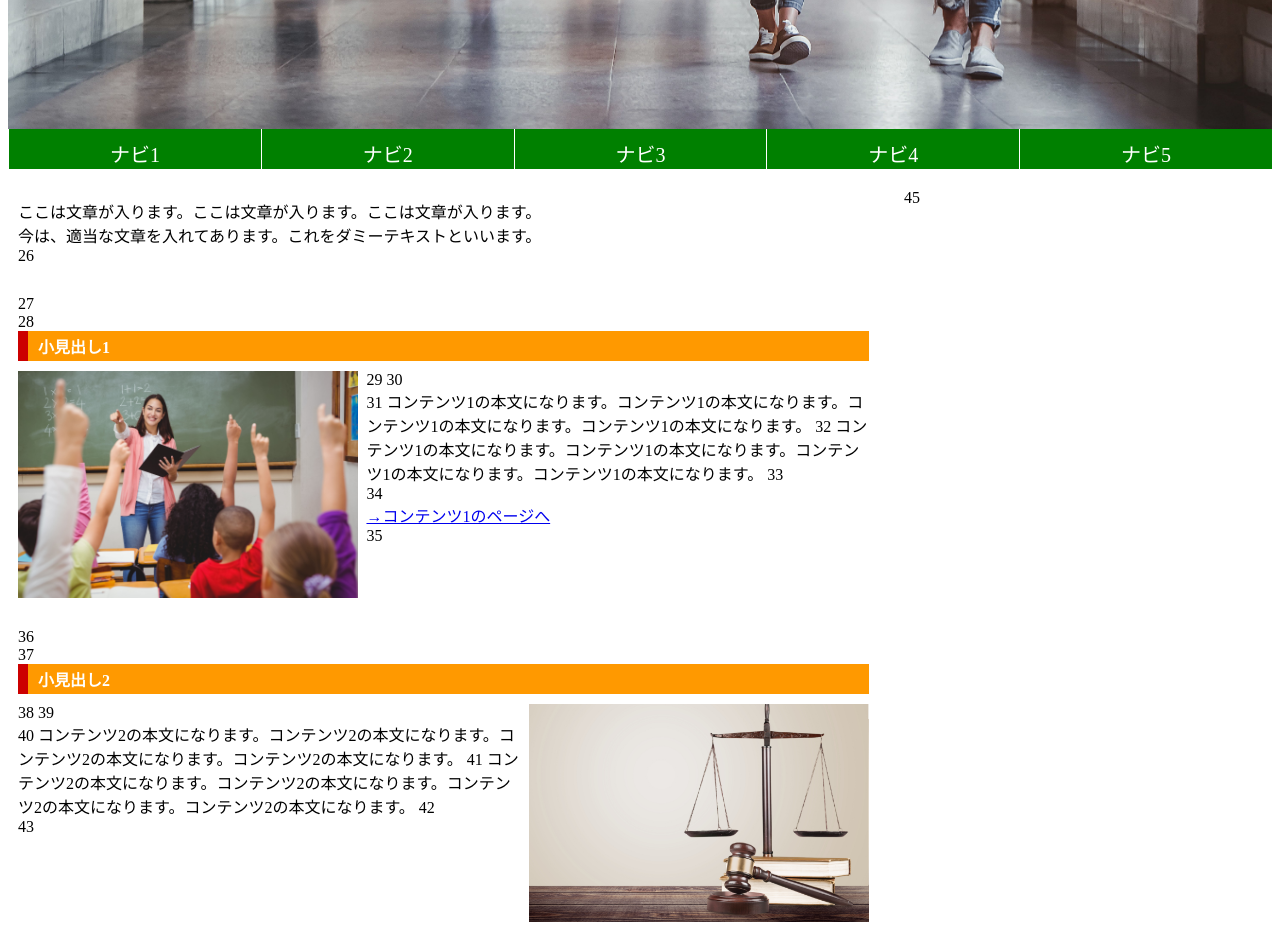
Repository: kazu999999/samurai_HTML-CSS
Page: home.html
The author's editor kept a record of every edit. The page is drawn from the files as they stood at one moment, then again after the next edit.
The browser window is 1280 px wide. The page is 1288 px wide, so the pictures cover 1288 px, including what lies to the right of the window. The pictures show the part of the page from y = 741 to 1693 px (the page is 2887 px tall before and 2851 px after).

Above is the page before.

### home.html
!DOCTYPE html>
<html lang="ja">
3    <head>
4        <meta charset="UTF-8">
5        <title>HTML/CSSの学習</title>
6        <link rel="stylesheet" href="stylesheet.css">
7    </head>
8    <body>
        <div id="header">
            <h1><a href="index.html"><img id="corridor" src="images/corridor.jpg" alt="大学の廊下" /></a></h1>
        </div>
        <div id="wrapper">
            <div id="nav">
                <ul>
                    <li><a href="home.html">ナビ1</a></li>
                    <li><a href="#">ナビ2</a></li>
                   <li><a href="#">ナビ3</a></li>
                    <li><a href="#">ナビ4</a></li>
                    <li><a href="#">ナビ5</a></li>
                </ul>
            </div>
            <div id="container">
                <div id="main">
                    <div class="post">
                        <p>ここは文章が入ります。ここは文章が入ります。ここは文章が入ります。<br />今は、適当な文章を入れてあります。これをダミーテキストといいます。</p>
26                    </div>
27                    <div class="post clearfix">
28                        <h2>小見出し1</h2>
29                        <img class="left" src="images/classroom.jpg" alt="授業風景" />
30                        <p>
31                            コンテンツ1の本文になります。コンテンツ1の本文になります。コンテンツ1の本文になります。コンテンツ1の本文になります。
32                            コンテンツ1の本文になります。コンテンツ1の本文になります。コンテンツ1の本文になります。コンテンツ1の本文になります。
33                        </p>
34                        <p><a href="#">→コンテンツ1のページへ</a></p>
35                    </div>
36                    <div class="post clearfix">
37                        <h2>小見出し2</h2>
38                        <img class="right" src="images/scale.jpg" alt="天秤" />
39                        <p>
40                            コンテンツ2の本文になります。コンテンツ2の本文になります。コンテンツ2の本文になります。コンテンツ2の本文になります。
41                            コンテンツ2の本文になります。コンテンツ2の本文になります。コンテンツ2の本文になります。コンテンツ2の本文になります。
42                        </p>
43                    </div>
44                </div>
45                <div id="side">
46                    <div class="box">
47                        <h2>サイドメニュー1</h2>
48                        <div class="boxBody">
49                            <ul>
50                                <li>項目1</li>
51                                <li>項目2</li>
52                                <li>項目3</li>
53                                <li>項目4</li>
54                            </ul>
55                        </div>
56                    </div>
57                    <div class="box">
58                        <h2>サイドメニュー2</h2>
59                        <div class="boxBody">
60                            <ul>
61                                <li>項目1</li>
62                                <li>項目2</li>
63                                <li>項目3</li>
64                                <li>項目4</li>
65                            </ul>
66                        </div>
67                    </div>
68                </div>
69            </div>
70        </div>
71        <div id="footer">
72            <p>&copy; 20xx ○○ All Rights Reserved.</p>
73        </div>
74    </body>
75</html>

### stylesheet.css
@charset "utf-8";

3body {
	margin: 0;
	padding: 0;
	font-family: "ヒラギノ角ゴ Pro W3", "Hiragino Kaku Gothic Pro", "メイリオ", Meiryo, Osaka, "ＭＳ Ｐゴシック", "MS PGothic", sans-serif;
	color: #333;
	font-size: 13px;
	line-height: 150%;
}

/* -------------------- wrapper -------------------- */3#wrapper {
	width: 100%;
	margin: auto;
	padding: 0px;
	border: 0px;
	background-color: #FFF;
	top: 10px;
	position: relative;
}

/* -------------------- header -------------------- */
#header {
	width: 100%;
}
#header h1 {
	margin: 0;
	padding: 0;
}

#corridor {
	width: 100%;
	height: auto;
}

/* -------------------- footer -------------------- */
#footer {
	clear: both;
	width: 100%;
	padding: 3px 0 3px 0;
	background: #39F;
	color: #FFF;
	font-weight: bold;
	text-align: center;
}

/* -------------------- nav -------------------- */
#nav {
	width: 100%;
}
#nav ul {
	display: flex;
	margin: 0;
	padding: 0;
	list-style-type: none;
}
#nav ul li {
	width: 20%;
	text-align: center;
}
#nav ul li a {
	display: block;
	height: 20px;
	margin: 0;
	padding: 10px;
	color: #FFF;
	font-size: 20px;
	text-decoration: none;
	background-color: green;
   border-left: 1px solid white;
}

#nav ul li a:hover {
	filter: drop-shadow(10px 10px 10px black);
}

/* -------------------- container -------------------- */
#container {
	width: 100%;
	margin: auto ;
	padding-top: 20px;
	clear: both;
	display: grid;
	grid-template-columns: 70vw 30vw;
}
/* -------------------- main -------------------- */
#main {
	width: 95%;
	padding: 10px 30px 10px 10px;
}
#main h2 {
	margin: 0 0 10px 0;
	padding: 3px 10px 3px 10px;
	color: #FFF;
	font-size: 16px;
	border-left: solid 10px #C00;
	background-color: #F90;
}
#main p {
	margin: 0;
	padding: 0;
}
#main .post {
	margin: 0 0 30px 0;
}

#main .post img.right {
	margin: 0 0 0 8px;
}
#main .post img.left {
	margin: 0 8px 0 0;
}

.right {
	float: right;
	width: 40%;
	height: auto;
}
.left {
	float: left;
	width: 40%;
	height: auto;
}

/* -------------------- clearfix -------------------- */
.clearfix {
	zoom: 1;
}
.clearfix:after{
	content: "";
	display: block;
	clear: both;
}

/* -------------------- side -------------------- */
#side {
	width: 85%;
	padding: 20px;
	background-color: #F99;
}
#side .box {
	margin: 0 auto 30px auto;
	padding: 0 0 20px 0;
	background: url(images/side_box.png) bottom no-repeat;
}
#side .box h2 {
	margin: 0;
	padding: 8px;
	text-align: center;
	color: #fff;
	font-size: 16px;
	line-height: 16px;
	font-weight: normal;
	background: url(images/side_box_h2.png) center no-repeat;
}
#side .box .boxBody {
	padding: 8px;
	border-right: solid 1px #C36;
	border-bottom: solid 1px #C36;
	border-left: solid 1px #C36;
	background: #fff;
}
#side .box .boxBody ul {
	margin: 0 0 16px 0;
	padding: 0;
}
#side .box .boxBody ul li {
	padding: 8px 0 8px 4px;
	list-style: none;
	border-bottom: solid 1px #C36;
}

#side .box .boxBody ul li:hover {
	padding: 8px 0 8px 4px;
	list-style: none;
	border-bottom: solid 1px #C36;
	box-shadow: 0px 4px 4px rgba(0, 0, 0, 0.3);
179}
180

After the next edit:
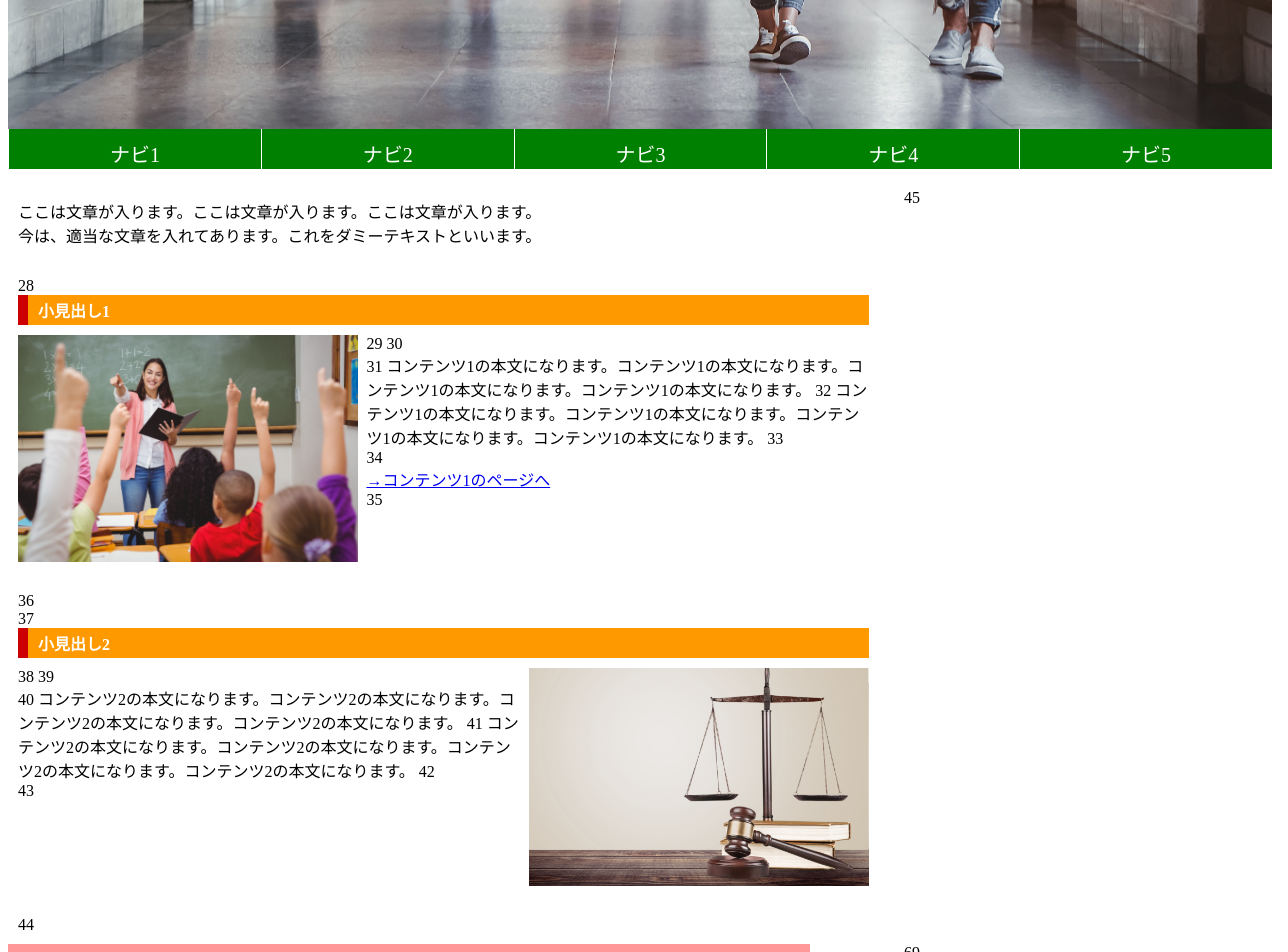
The edit:
--- a/home.html
+++ b/home.html
@@ -23,8 +23,8 @@
                 <div id="main">
                     <div class="post">
                         <p>ここは文章が入ります。ここは文章が入ります。ここは文章が入ります。<br />今は、適当な文章を入れてあります。これをダミーテキストといいます。</p>
-26                    </div>
-27                    <div class="post clearfix">
+                    </div>
+                    <div class="post clearfix">
 28                        <h2>小見出し1</h2>
 29                        <img class="left" src="images/classroom.jpg" alt="授業風景" />
 30                        <p>
